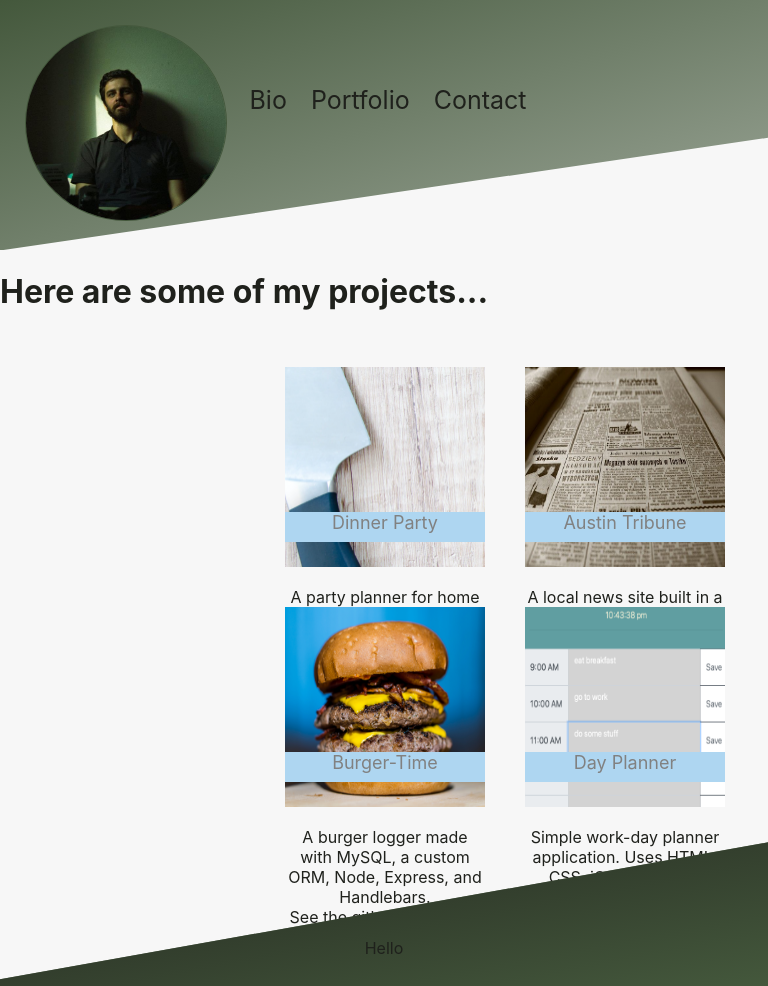
Repository: joeldelatte/react-portfolio
Page: /portfolio (app in client/)
An editor plug-in stored every save of this project. The page is shown before and after the next save, followed by the edit.
The browser window is 768 px wide. The pictures show the whole page.
The project was rebuilt for these pictures with package versions that can differ from the ones it lists, and the page was loaded fresh each time. Also part of the build but not shown: client/src/App.css, client/src/Components/Bio/Bio.js, client/src/Components/Contact/Contact.js.

Above is the page before, as saved 2020-07-10 23:49:29.

After the next save:
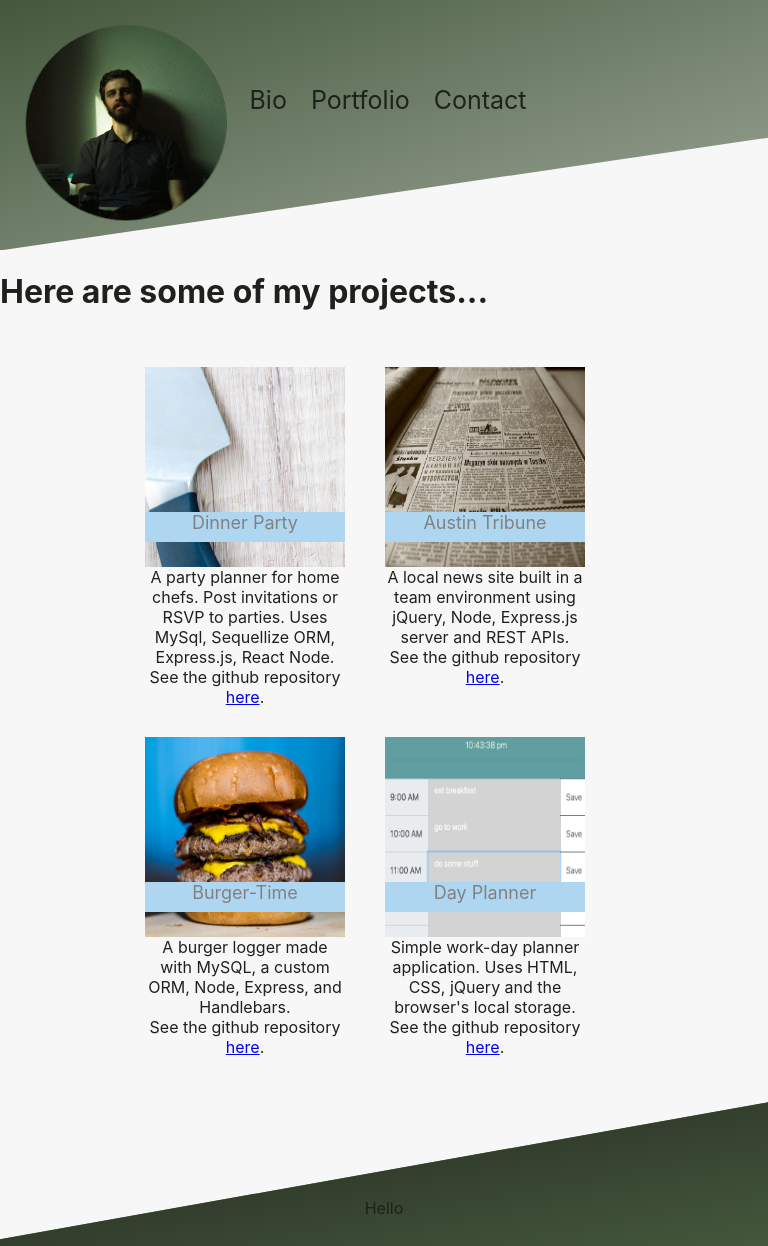
Saved 32 s later.
--- a/client/src/Components/Portfolio/portfolio.css
+++ b/client/src/Components/Portfolio/portfolio.css
@@ -13,7 +13,7 @@
 .projectBox {
     width: 200px;
     height: 200px;
-    /* float: left; */
+    float: left;
     position: relative;
     text-align: center;
     margin: 20px;
@@ -22,7 +22,7 @@
 .projectText {
     width: 200px;
     height: 200px;
-    /* float: left; */
+    float: left;
     position: relative;
     text-align: center;
     margin-top: 20px;
@@ -46,7 +46,7 @@
 .projectPhoto {
     width: 200px;
     height: 200px;
-    /* float: left; */
+    float: left;
     position: relative;
     text-align: center;
 }
@@ -66,7 +66,7 @@ footer {
     text-align: center;
   }
 
-/* @media only screen and (max-width: 768px) {
+@media only screen and (max-width: 768px) {
     .move {
         padding-left: 130px;
         box-sizing: content-box;
@@ -90,4 +90,4 @@ footer {
     }
 
 
-}  */
+}
